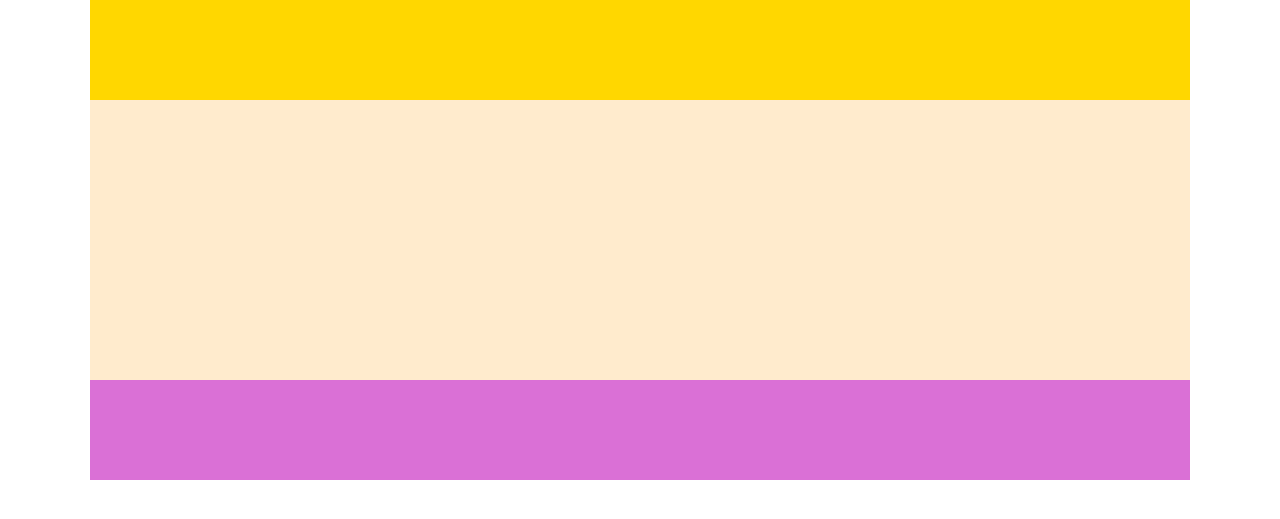
Repository: Hotmintchoco/SpringStudy
Page: HtmlTest/src/main/webapp/index4.html
An editor plug-in stored every save of this project. The page is shown before and after the next save, followed by the edit.
The browser window is 1280 px wide. The pictures show the whole page.

Above is the page before, as saved 2022-05-03 07:46:48.

After the next save:
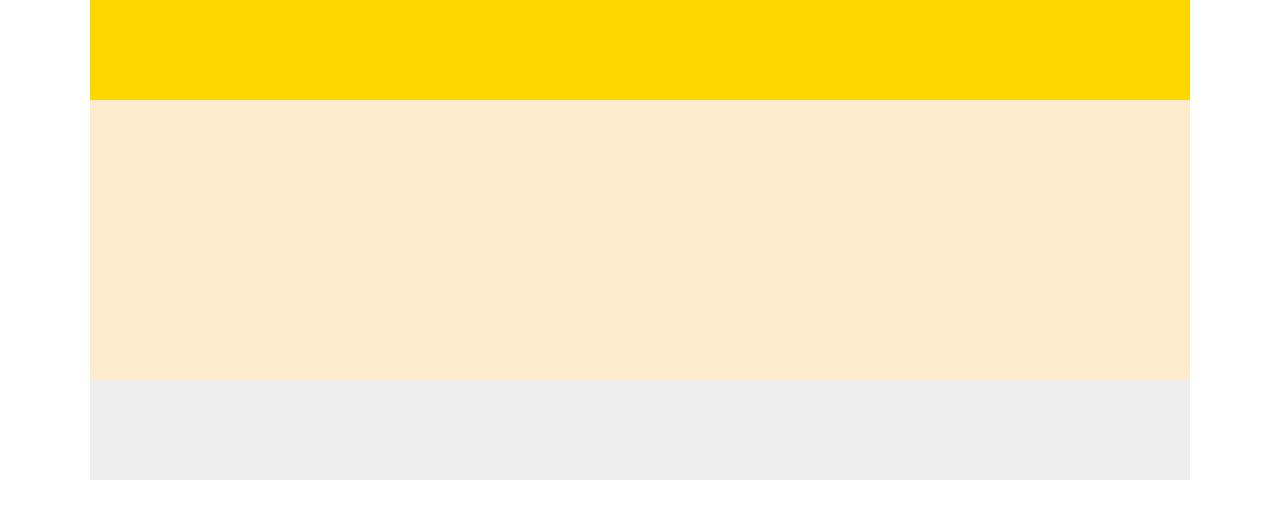
Saved 98 s later.
--- a/HtmlTest/src/main/webapp/index4.html
+++ b/HtmlTest/src/main/webapp/index4.html
@@ -23,7 +23,7 @@
 	}
 
 	footer {
-		width: 1100px; height: 100px; margin: 0 auto; background-color: #DA70D6;
+		width: 1100px; height: 100px; margin: 0 auto; background-color: #eee;
 	}
 </style>
 </head>
